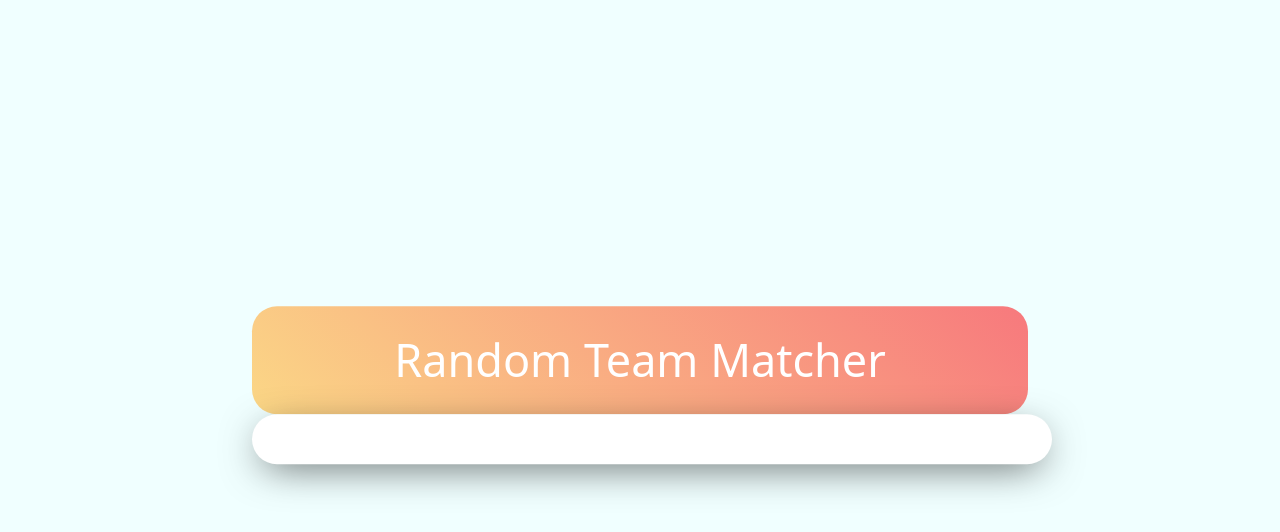
Repository: seleco29/Random-Team-Matcher-Servlet-Jsp
Page: http://localhost/Random_Team_Matcher_v2.0/include/enterTeamNameHeader.jsp
The author's editor kept a copy of each file at every save. The page is drawn from the files as they stood at one save, then again after the next save.
The browser window is 1280 px wide. The pictures show the whole page.
The page is served by Tomcat 9. Other server files are loaded and not shown.

Above is the page before, as saved 2023-01-21 14:17:40.

### Random Team Matcher v2.0/src/main/webapp/include/enterTeamNameHeader.jsp
<!DOCTYPE html>
<html lang="en">
  <head>
    <meta charset="UTF-8" />
    <meta http-equiv="X-UA-Compatible" content="IE=edge" />
    <meta name="viewport" content="width=device-width, initial-scale=1.0" />
    <title>Document</title>
      <link rel="stylesheet" href="<%=request.getContextPath()%>/css/bootstrap.css" />
    <link rel="stylesheet" href="<%=request.getContextPath()%>/assets/enterTeamName.css" />

  </head>
  <body>
    <div class="container">
      <header class="heading">Random Team Matcher</header>
      <div class="col col-md-6">
        <div class="myCol ">

### Random Team Matcher v2.0/src/main/webapp/assets/enterTeamName.css
*{
    /* margin: 0;
    padding:0; */
    box-sizing: border-box;
}
body{
    background-color: azure;
}
.container{
    position: absolute;
    align-content:center;
    width: 800px;
    top: 50%;
    left: 50%;
    transform: translate(-50%,-50%);
}
.heading{
   margin-top: 50px;
    padding: 20px 0px 20px 0px;
    font-size: 45px;
    border-radius: 25px;
    background-image:linear-gradient(45deg,#FBD786,#f7797d) ;
    color: #fff;
    display: flex;
    justify-content: center;
}

.input{
    font-size:  17px;
    width: 300px;
    border-radius: 25px;
    border: none;
    background-color: #ede6e6;
    padding: 10px 0px 10px 30px;
}
.input:focus{
    outline: none;
    }
.myCol{

    display: flex;
    justify-content: center;
    border-radius: 25px;
    background-color: #fff;
    width: 800px;
    box-shadow: 0px 10px 40px -10px rgba(0,0,0,0.7);
    padding-bottom: 50px;
}

.list{
    padding: 25px 0px 25px 0px;
}
.listElment{
    list-style-type: none;
    padding: 5px 0px 5px 0px;
    margin: 10px 0px 10px 0px;
}
.submitBtn{
color: #fff;
   width: 100px;
   border-radius: 25px;
   border: none;
   padding: 10px  ;
   background-color: #f7797d;

}

Loaded but not shown: Random Team Matcher v2.0/src/main/webapp/css/bootstrap.css (library)

After the next save:
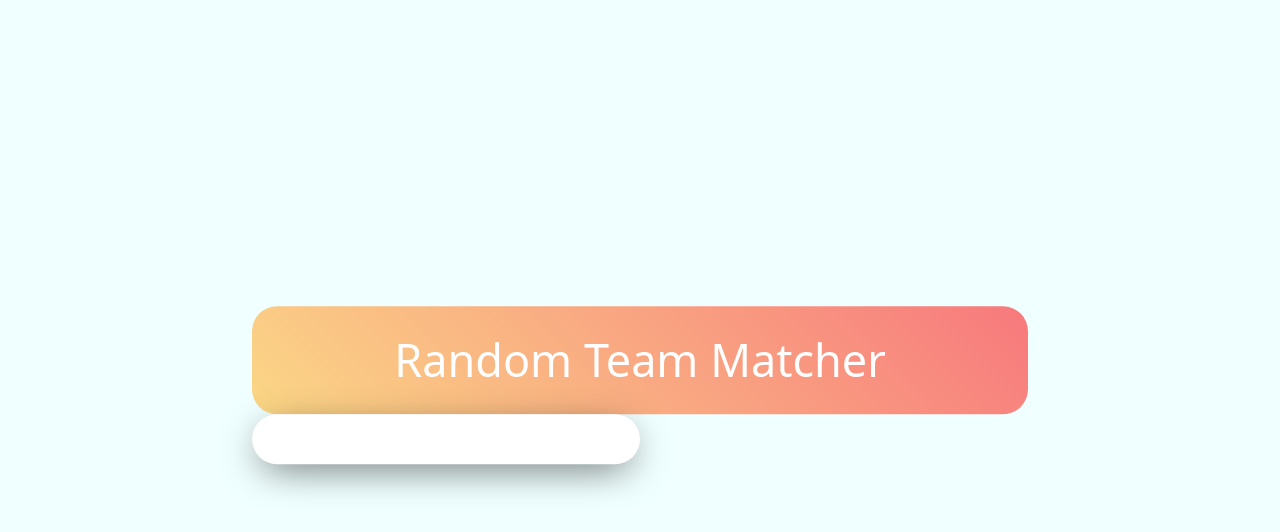
Saved 67 s later.
--- a/Random Team Matcher v2.0/src/main/webapp/assets/enterTeamName.css
+++ b/Random Team Matcher v2.0/src/main/webapp/assets/enterTeamName.css
@@ -15,7 +15,7 @@
     transform: translate(-50%,-50%);
 }
 .heading{
-   margin-top: 50px;
+   	margin-top: 50px;
     padding: 20px 0px 20px 0px;
     font-size: 45px;
     border-radius: 25px;
@@ -42,7 +42,7 @@
     justify-content: center;
     border-radius: 25px;
     background-color: #fff;
-    width: 800px;
+
     box-shadow: 0px 10px 40px -10px rgba(0,0,0,0.7);
     padding-bottom: 50px;
 }

After the save that followed:
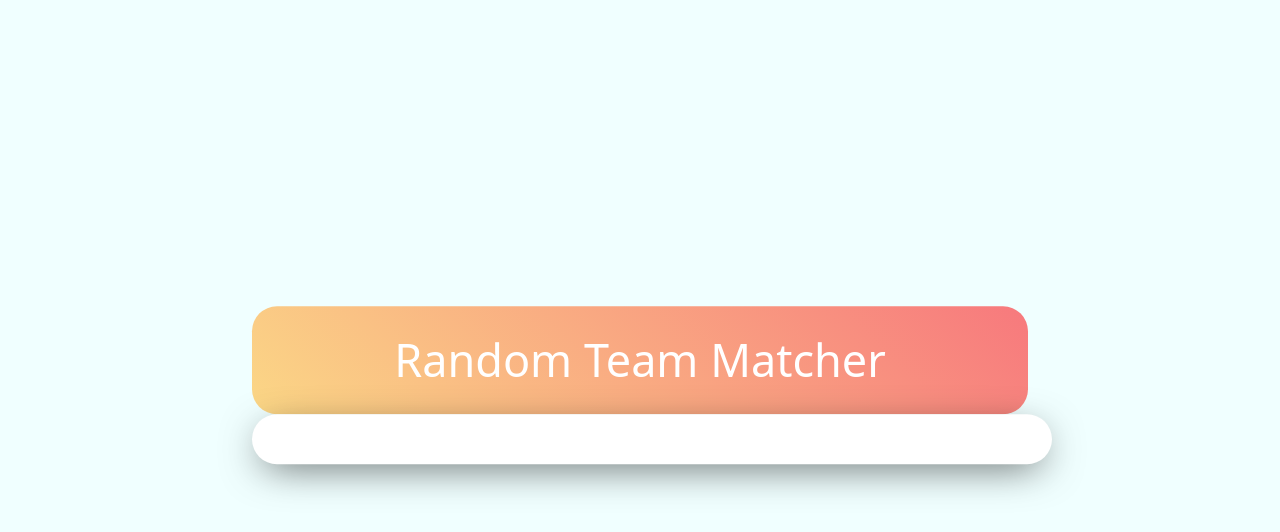
Saved 7 s later.
--- a/Random Team Matcher v2.0/src/main/webapp/assets/enterTeamName.css
+++ b/Random Team Matcher v2.0/src/main/webapp/assets/enterTeamName.css
@@ -42,7 +42,7 @@
     justify-content: center;
     border-radius: 25px;
     background-color: #fff;
-
+    width: 800px;
     box-shadow: 0px 10px 40px -10px rgba(0,0,0,0.7);
     padding-bottom: 50px;
 }
